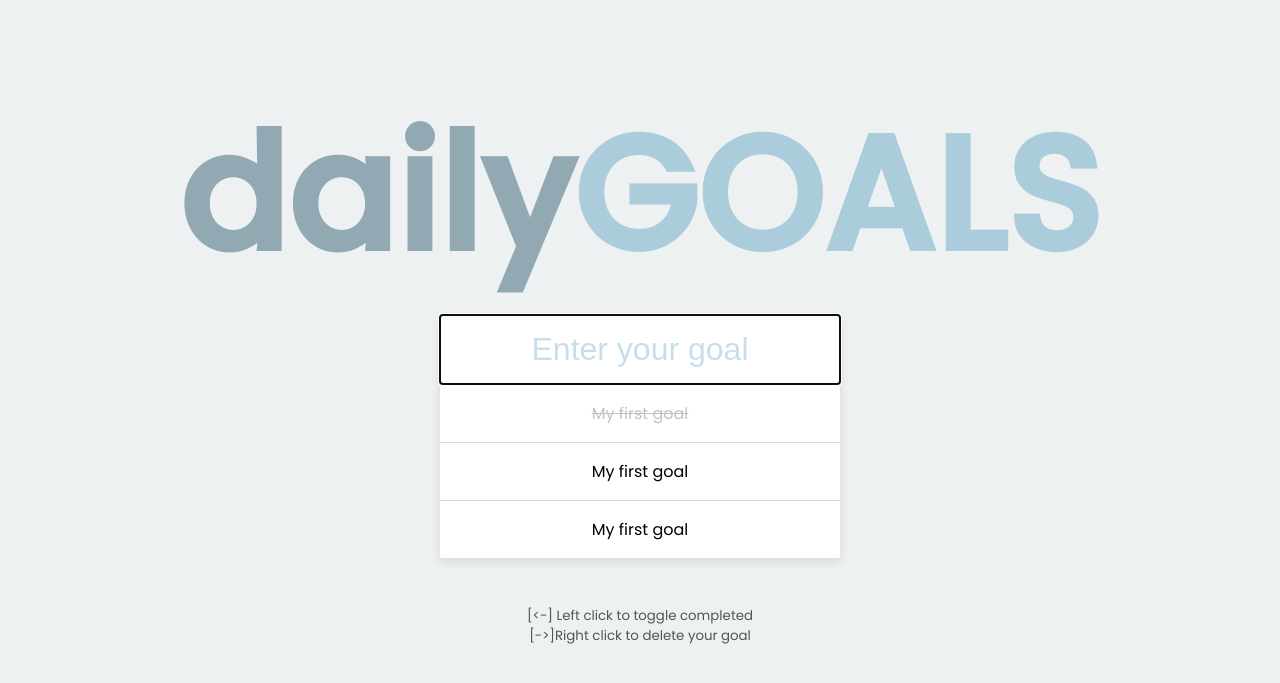
Repository: jeraldinnemg/daily-goal
Page: index.html
These files come from the project's save history. The page is drawn as it stood at one moment and after the next save; the edit follows.
The browser window is 1280 px wide. The pictures show the whole page.
The first visible `.goal` has the focus.

Above is the page before, as saved 2022-09-06 21:00:06.

### index.html
<!DOCTYPE html>
<html lang="en">
<head>
    <meta charset="UTF-8">
    <meta http-equiv="X-UA-Compatible" content="IE=edge">
    <meta name="viewport" content="width=device-width, initial-scale=1.0">
    <link rel="stylesheet" href="style.css">
    <title>Daily goal</title>
</head>
<body>
    <div class="container">
        <h1>daily<span>GOALS</span></h1>
        <form>
            <input type="text" name="" id="goal" class="goal" placeholder="Enter your goal">
            <ul class="goals" id="goals">
                <li class="completed">My first goal</li>
                <li>My first goal</li>
                <li>My first goal</li>
            </ul>
        </form>
        <small> [<-] Left click to toggle completed <br>
            [->]Right click to delete your goal </small>
    </div>

</body>
</html>

### style.css
@import url('https://fonts.googleapis.com/css2?family=Poppins:wght@400;500&display=swap');

* {
    margin:0;
    padding:0;
    box-sizing: border-box;
}

body {
    font-family: 'Poppins', 'sans-serif';
    font-size: 1rem;
    overflow: hidden;
    background-color:rgb(238, 241, 242);
}

.container{
    display: flex;
    flex-direction: column;
    align-items: center;
    justify-content: center;
    text-align: center;
    height: 100vh;
}

h1{
    font-size: 10rem;
    color: rgb(11, 63, 87);
    opacity: 0.4;
}

h1 span{
    color:rgb(73, 150, 186)
}

form {
    box-shadow: 0 4px 10px rgba(0,0,0,0.1);
    max-width:100%;
    width:400px;
}

.goal{
    border:none;
    color:rgb(83, 84, 84);
    font-size: 2rem;
    text-align: center;
    padding: 0.5em 0em;
    display: block;
    width: 100%;;
}

.goal::placeholder{
    color: rgba(73, 150, 186, 0.3);
}

.goal:focus {
    color: rgb(255, 0, 183);
}

.goals {
    background-color: rgb(255, 255, 255);
    list-style-type:none;
}

.goals li {
    border-top: 1px solid rgb(218, 218, 218);
    cursor:pointer;
    padding: 1em 2em;
}

.goals li.completed {
    color:rgb(194, 194, 194);
    text-decoration: line-through;
}

small{
    color:rgb(83, 84, 84);

margin-top: 3rem;
}

After the next save:
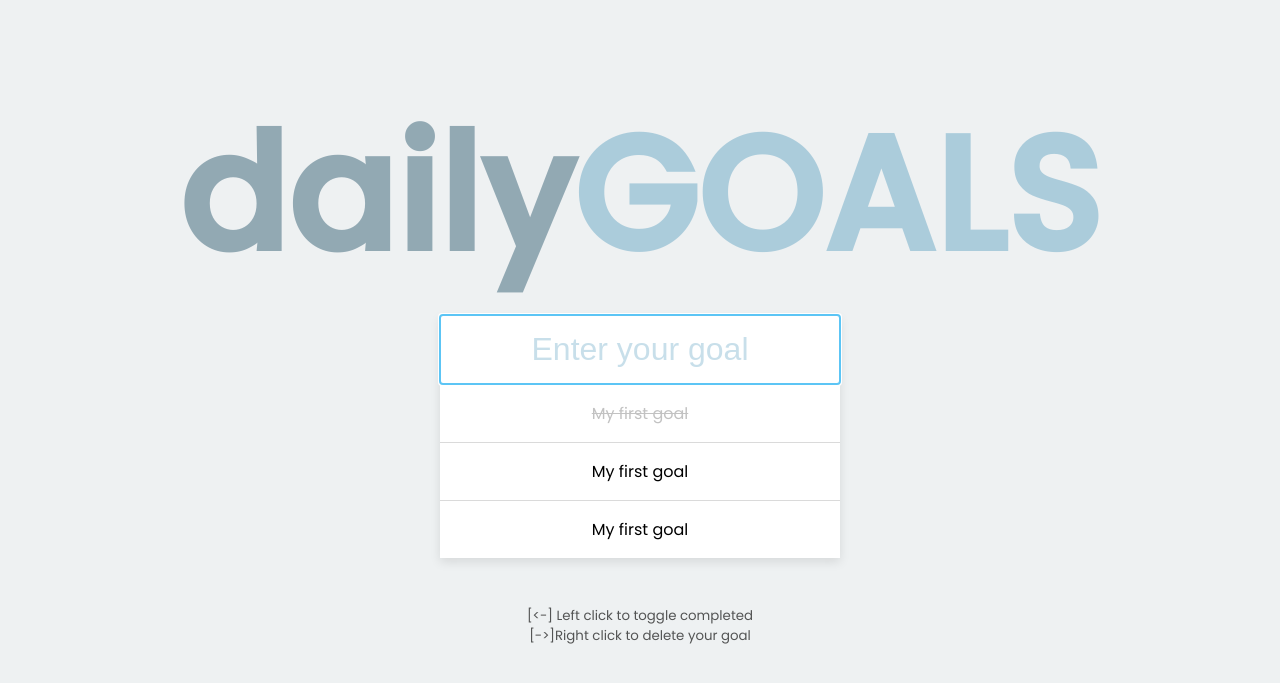
Saved 45 s later.
--- a/style.css
+++ b/style.css
@@ -53,7 +53,7 @@
 }
 
 .goal:focus {
-    color: rgb(255, 0, 183);
+    outline-color: rgba(67, 188, 244, 0.863);
 }
 
 .goals {
